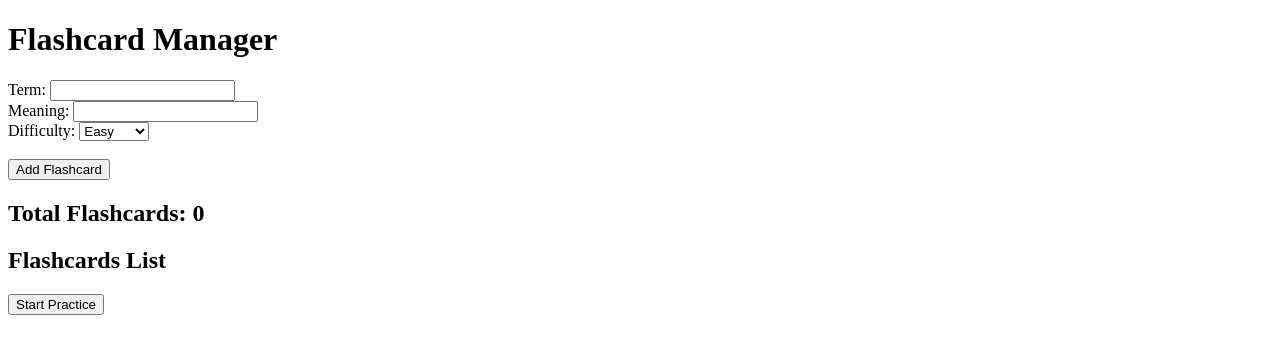
Repository: Oriyin/Algorithm_StudyHelper
Page: http://localhost/flashcards
The author's editor kept a copy of each file at every save. The page is drawn from the files as they stood at one save, then again after the next save.
The browser window is 1280 px wide. The pictures show the whole page.
The page is served by the project's application, run on Flask 3 (backend/app.py). Other server files are loaded and not shown.

Above is the page before, as saved 2024-10-11 11:44:14.

### templates/flashcards.html
<!DOCTYPE html>
<html lang="en">
<head>
    <meta charset="UTF-8">
    <meta name="viewport" content="width=device-width, initial-scale=1.0">
    <title>Flashcards</title>
</head>
<body>
    <h1>Flashcard Manager</h1>

    <!-- Form สำหรับการเพิ่ม flashcard -->
    <form method="POST" action="{{ url_for('manage_flashcards') }}">
        <label for="term">Term:</label>
        <input type="text" name="term" id="term" required><br>

        <label for="meaning">Meaning:</label>
        <input type="text" name="meaning" id="meaning" required><br>

        <!-- Dropdown for selecting difficulty -->
        <label for="difficulty">Difficulty:</label>
        <select name="difficulty" id="difficulty" required>
            <option value="Easy">Easy</option>
            <option value="Medium">Medium</option>
            <option value="Hard">Hard</option>
        </select><br><br>

        <button type="submit">Add Flashcard</button>
    </form>

    <!-- Display total number of flashcards -->
    <h2>Total Flashcards: {{ flashcards|length }}</h2>

    <h2>Flashcards List</h2>
    <ul>
        {% for flashcard in flashcards %}
            <li>{{ flashcard.term }} - {{ flashcard.meaning }} ({{ flashcard.difficulty }})</li>
        {% endfor %}
    </ul>

    <!-- Button to start practicing flashcards -->
    <form method="GET" action="{{ url_for('start_practice') }}">
        <button type="submit">Start Practice</button>
    </form>
</body>
</html>

### backend/app.py
# app.py

from flask import Flask, request, render_template, redirect, url_for
from algorithm import *

# Initialize the Flask application and specify the template folder
app = Flask(__name__, template_folder="../templates")

# Global variables for storing tasks and notes temporarily
tasks = []
notes = []
task_counter = 0  # A counter to uniquely identify each task

# Route for the home page
@app.route('/')
def home():
    return render_template('index.html')

# Route for managing tasks
@app.route('/tasks', methods=['GET', 'POST'])
def manage_tasks():
    global tasks, task_counter
    if request.method == 'POST':
        task_name = request.form.get('task_name')
        task_description = request.form.get('task_description')
        due_date = request.form.get('due_date')
        priority = int(request.form.get('priority'))

        if task_name and task_description and due_date:
            task_counter += 1  # Increment task counter for each new task
            tasks.append({
                'id': task_counter,  # Assign unique ID to each task
                'name': task_name,
                'description': task_description,
                'dueDate': due_date,
                'priority': priority,
                'completed': False
            })

            # Sort tasks by due date immediately (excluding completed tasks) using Insertion Sort
            tasks = insertion_sort([task for task in tasks if not task['completed']], 'dueDate') + [task for task in tasks if task['completed']]

            print("Updated tasks list:")
            print(tasks)

    todo_tasks = [task for task in tasks if not task['completed']]
    done_tasks = [task for task in tasks if task['completed']]

    return render_template('tasks.html', todo_tasks=todo_tasks, done_tasks=done_tasks, enumerate=enumerate)

# Route for managing notes
@app.route('/notes', methods=['GET', 'POST'])
def manage_notes():
    global notes
    if request.method == 'POST':
        note_title = request.form.get('note_title')
        note_content = request.form.get('note_content')

        if note_title and note_content:
            notes.append({
                'title': note_title,
                'content': note_content
            })
            print("Updated notes list:")
            print(notes)

    return render_template('notes.html', notes=notes, enumerate=enumerate)

# Route to edit a specific note by index
@app.route('/edit_note/<int:index>', methods=['POST'])
def edit_note(index):
    global notes
    new_title = request.form.get('edit_note_title')
    new_content = request.form.get('edit_note_content')

    if new_title and new_content:
        # Update the note with new values
        notes[index]['title'] = new_title
        notes[index]['content'] = new_content
        print("Updated notes list:")
        print(notes)

    return redirect(url_for('manage_notes'))

# Route to delete a specific note by index
@app.route('/delete_note/<int:index>', methods=['POST'])
def delete_note(index):
    global notes
    if index < len(notes):
        notes.pop(index)
        print("Updated notes list:")
        print(notes)
    return redirect(url_for('manage_notes'))

# Route to search through notes using a case-insensitive search with highlighted results
@app.route('/search_notes', methods=['POST'])
def search_notes():
    global notes
    search_pattern = request.form.get('search_pattern').lower()  # Make the search pattern lowercase
    search_results = []

    # Perform case-insensitive search on each note's title and content using naive string search
    for index, note in enumerate(notes):
        title = note['title']
        content = note['content']
        highlighted_content = content

        # Use naive string search to find matches (case-insensitive)
        matches = naive_string_search(content.lower(), search_pattern)  # Perform the search on lowercase text

        # If matches are found, highlight them in the content
        if matches:
            for match_index in matches:
                # Highlight the matched text using HTML <mark> tag
                match = content[match_index:match_index + len(search_pattern)]
                highlighted_content = highlighted_content.replace(match, f"<mark>{match}</mark>")
            search_results.append({
                'index': index,
                'title': title,
                'highlighted_content': highlighted_content
            })

    # If no matches are found, set a message to be displayed
    no_match_message = None
    if not search_results:
        no_match_message = "Don't have any file that match with finding word."

    return render_template('notes.html', notes=notes, search_results=search_results, no_match_message=no_match_message, search_pattern=search_pattern, enumerate=enumerate)

# Route to edit a specific task by index
@app.route('/edit_task/<int:index>', methods=['POST'])
def edit_task(index):
    global tasks
    new_name = request.form.get('edit_name')
    new_description = request.form.get('edit_description')
    new_due_date = request.form.get('edit_due_date')
    new_priority = int(request.form.get('edit_priority'))

    if new_name and new_description and new_due_date:
        # Update the task with new values
        tasks[index]['name'] = new_name
        tasks[index]['description'] = new_description
        tasks[index]['dueDate'] = new_due_date
        tasks[index]['priority'] = new_priority
        print("Updated tasks list:")
        print(tasks)

    # Re-sort tasks by due date immediately after editing using Insertion Sort
    tasks = insertion_sort([task for task in tasks if not task['completed']], 'dueDate') + [task for task in tasks if task['completed']]

    return redirect(url_for('manage_tasks'))

# Route to toggle a task's completion status using its unique ID
@app.route('/toggle_completed/<int:task_id>', methods=['POST'])
def toggle_completed(task_id):
    global tasks
    for task in tasks:
        if task['id'] == task_id:
            task['completed'] = not task['completed']
            print("Updated tasks list:")
            print(tasks)
            break
    # Re-sort the tasks to ensure they are in the correct order
    tasks = insertion_sort([task for task in tasks if not task['completed']], 'dueDate') + [task for task in tasks if task['completed']]
    return redirect(url_for('manage_tasks'))

# Route to delete a task by its unique ID
@app.route('/delete_task/<int:task_id>', methods=['POST'])
def delete_task(task_id):
    global tasks
    tasks = [task for task in tasks if task['id'] != task_id]
    print("Updated tasks list:")
    print(tasks)
    return redirect(url_for('manage_tasks'))

# Route to sort tasks by due date using Merge Sort
@app.route('/sort_by_due_date', methods=['POST'])
def sort_by_due_date():
    global tasks
    incomplete_tasks = [task for task in tasks if not task['completed']]
    # Use merge_sort to sort the incomplete tasks by 'dueDate'
    tasks = merge_sort(incomplete_tasks, 'dueDate') + [task for task in tasks if task['completed']]
    print("Updated tasks list:")
    print(tasks)
    return redirect(url_for('manage_tasks'))

# Route to sort tasks by priority
@app.route('/sort_by_priority', methods=['POST'])
def sort_by_priority():
    global tasks
    incomplete_tasks = [task for task in tasks if not task['completed']]
    tasks = counting_sort(incomplete_tasks, 'priority') + [task for task in tasks if task['completed']]
    print("Updated tasks list:")
    print(tasks)
    return redirect(url_for('manage_tasks'))

# Route to sort tasks by both due date and priority
@app.route('/sort_by_both', methods=['POST'])
def sort_by_both():
    global tasks
    incomplete_tasks = [task for task in tasks if not task['completed']]
    tasks = heap_sort(incomplete_tasks, 'dueDate', 'priority') + [task for task in tasks if task['completed']]
    print("Updated tasks list:")
    print(tasks)
    return redirect(url_for('manage_tasks'))

# Global variable to store flashcards
flashcards = []

@app.route('/flashcards', methods=['GET', 'POST'])
def manage_flashcards():
    global flashcards
    if request.method == 'POST':
        term = request.form.get('term')
        meaning = request.form.get('meaning')
        difficulty = request.form.get('difficulty')  # Capture the difficulty level

        # Create a new flashcard with 'incorrect_count' initialized to 0 and difficulty level
        new_flashcard = {'term': term, 'meaning': meaning, 'difficulty': difficulty, 'incorrect_count': 0}

        # Use the uniqueness testing function to avoid duplicates
        if uniqueness_testing(flashcards, new_flashcard):
            print("Flashcard added successfully!")
        else:
            print("Duplicate term found! Flashcard not added.")

    # Render the flashcards page with the flashcards list and total number
    return render_template('flashcards.html', flashcards=flashcards, enumerate=enumerate)


# Route to start flashcard practice (randomizes flashcards before starting)
@app.route('/start_practice', methods=['GET'])
def start_practice():
    global flashcards
    # Randomize flashcards before starting practice
    flashcards = random_flashcards(flashcards)
    return redirect(url_for('practice_flashcard', index=0))

# Route for reviewing flashcards one by one during practice
@app.route('/practice_flashcard/<int:index>', methods=['GET', 'POST'])
def practice_flashcard(index):
    global flashcards
    if request.method == 'POST':
        # Check if the answer was correct or not
        is_correct = request.form.get('is_correct') == 'true'
        if not is_correct:
            flashcards[index]['incorrect_count'] += 1

        # Move to the next flashcard
        next_index = index + 1
        if next_index < len(flashcards):
            return redirect(url_for('practice_flashcard', index=next_index))
        else:
            return redirect(url_for('practice_completed'))

    # Render the current flashcard for practice
    flashcard = flashcards[index]
    return render_template('practice_flashcard.html', flashcard=flashcard, index=index)

# Route for completing practice session and showing results
@app.route('/practice_completed')
def practice_completed():
    global flashcards
    # Set a threshold to classify flashcards (low incorrect_count threshold)
    low_threshold = 1  # Adjust this threshold as needed

    # Use the divide and conquer algorithm to group flashcards based on incorrect_count
    grouped_flashcards = divide_and_conquer_flashcards(flashcards, low_threshold)

    # Flashcards with zero incorrect answers are considered correct
    correct_flashcards = [fc for fc in grouped_flashcards if fc['incorrect_count'] == 0]
    incorrect_flashcards = [fc for fc in grouped_flashcards if fc['incorrect_count'] > 0]

    # Render the results page after practice
    return render_template('practice_completed.html', correct_flashcards=correct_flashcards, incorrect_flashcards=incorrect_flashcards)

# Route to practice again (randomizes flashcards and restarts the session)
@app.route('/practice_again', methods=['GET'])
def practice_again():
    global flashcards
    # Randomize flashcards before starting practice again
    flashcards = random_flashcards(flashcards)
    return redirect(url_for('practice_flashcard', index=0))



# Run the Flask server
if __name__ == "__main__":
    app.run(debug=True)
    print(tasks)
    print(notes)

After the next save:
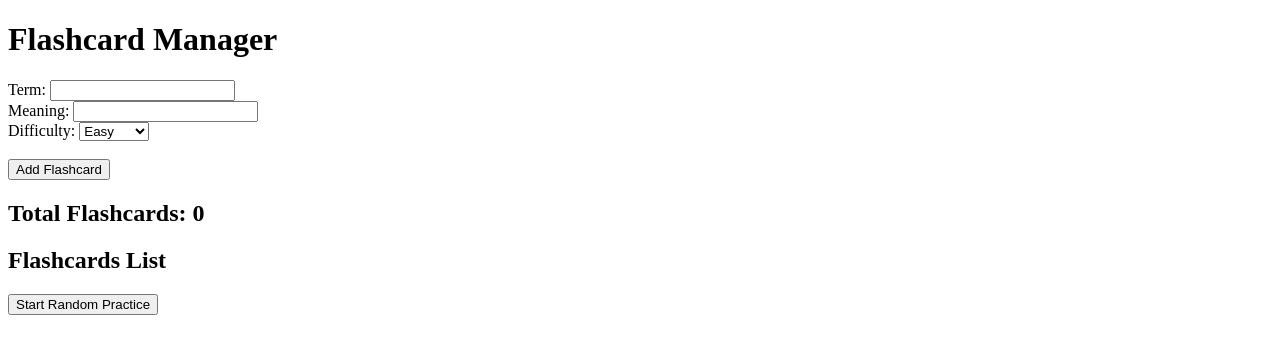
Saved 54 s later.
--- a/templates/flashcards.html
+++ b/templates/flashcards.html
@@ -39,7 +39,7 @@
 
     <!-- Button to start practicing flashcards -->
     <form method="GET" action="{{ url_for('start_practice') }}">
-        <button type="submit">Start Practice</button>
+        <button type="submit">Start Random Practice</button>
     </form>
 </body>
 </html>
